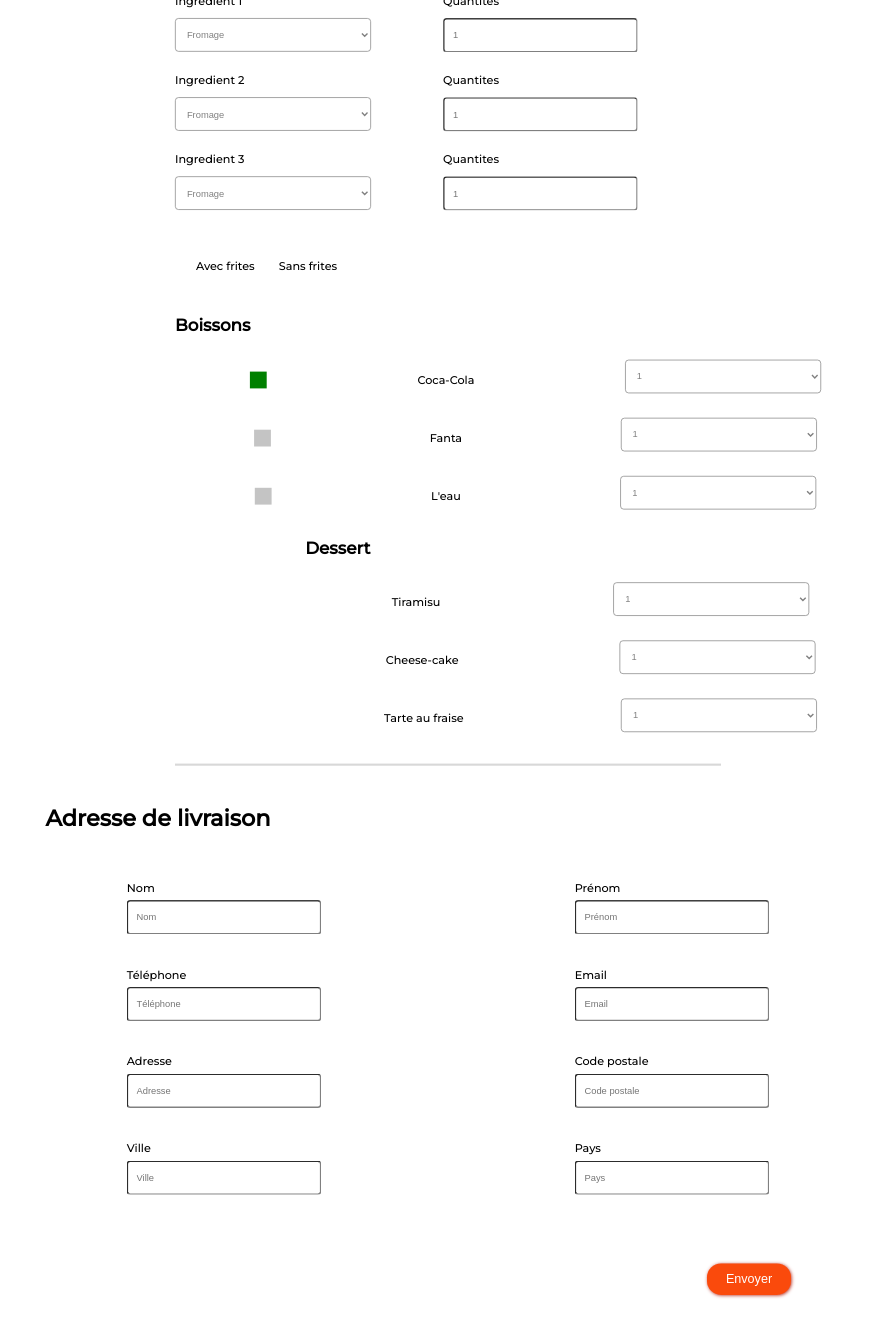
Repository: Ahlam-belhadj/bella-olange
Page: index2.html
The author's editor kept a copy of each file at every save. The page is drawn from the files as they stood at one save, then again after the next save.
The browser window is 1280 px wide. The pictures show the part of the page from y = 1677 to 3597 px (the page is 3597 px tall before and 3514 px after), at 70% of full size.

Above is the page before, as saved 2023-02-15 09:18:45.

### index2.html
<!DOCTYPE html>
<html lang="en">

<head>
    <meta charset="UTF-8">
    <meta http-equiv="X-UA-Compatible" content="IE=edge">
    <meta name="viewport" content="width=device-width, initial-scale=1.0">
    <link rel="stylesheet" href="https://cdnjs.cloudflare.com/ajax/libs/font-awesome/6.2.1/css/all.min.css" />
    <link rel="stylesheet" href="style2.css">
    <title>Bella olanje</title>
</head>

<body>
  <header>

    <nav>
      <ul class="nav-bar">
          <div class="logo"><a href='#'><img src="image/logo_bella_olonje.png" alt="jsp"></a></div>
          <input type="checkbox" id="check" />
          <span class="menu">
              <li><a href="index.html" class="nav-link">Home</a></li>
              <li><a href="#pizza" class="nav-link">Pizzas</a></li>
              <li><a href="#burger" class="nav-link">Burgers</a></li>
              <li><a href="#salades" class="nav-link">Salades</a></li>
              <li><a href="index3.html" class="nav-link">Contact</a></li>
              <label for="check" class="close-menu"><i class="fas fa-times"></i></label>
          </span>
          <label for="check" class="open-menu"><i class="fas fa-bars"></i></label>
      </ul>
  </nav>

    <div class="title">
        <div class="texte">
            <h3>Food app</h3>
            <h1>Chez Bella <br>
                chaque désire s'additionne.</h1>
        </div>
    </div>
</header>




    <main>
      <div class="infos" id="form-infos">
        <form>
          <h1>Vos informations</h1>

          <div class="grp_infos">
            <div class="nom_prenom">
              <div class="label1">
                <label class="label_nom">Nom</label><br>
                <input type="text" placeholder="Nom">
              </div>
              <div class="label1">
                <label class="label_nom">Prénom</label><br>
                <input type="text" placeholder="Prénom">
              </div>
            </div>

            <div class="telephone_email">
              <div class="label1">
                <label class="label_nom">Téléphone</label><br>
                <input type="text" placeholder="Téléphone">
              </div>
              <div class="label1">
                <label class="label_nom">Email</label><br>
                <input type="text" placeholder="Email">
              </div>
            </div>
          </div>
        </form>
      </div>

      <hr>

      <div class="commande">
        <form>
          <h1>Votre commande</h1>
          <h3>Suppléments</h3>
          <div class="grp_suppliment">
            <div class="ingredient_quantite">
              <div class="fromage">
                <label>Ingredient</label><br>
                <select name="ingr" class="suppléments">
                  <option value="fromage">Fromage</option>
                  <option value="fromage">Fromage</option>
                  <option value="fromage">Fromage</option>
                  <option value="fromage">Fromage</option>
                  <option value="fromage">Fromage</option>
                  <option value="fromage">Fromage</option>
                  <option value="fromage">Fromage</option>
                </select>
              </div>
              <div class="box">
                <label>Quantites</label><br>
                <input type="number" min="0" placeholder="1">
              </div>
            </div>

            <div class="ingredient_quantite">
             <div class="fromage">
                <label>Ingredient 1</label><br>
                <select name="ingr" class="suppléments">
                  <option value="fromage">Fromage</option>
                  <option value="fromage">Fromage</option>
                  <option value="fromage">Fromage</option>
                  <option value="fromage">Fromage</option>
                  <option value="fromage">Fromage</option>
                  <option value="fromage">Fromage</option>
                  <option value="fromage">Fromage</option>
                </select>
              </div>
              <div class="box">
                <label>Quantites</label><br>
                <input type="number" min="0" placeholder="1">
              </div>
            </div>

            <div class="ingredient_quantite">
              <div class="fromage">
                <label>Ingredient 2</label><br>
                <select name="ingr" class="suppléments">
                  <option value="fromage">Fromage</option>
                  <option value="fromage">Fromage</option>
                  <option value="fromage">Fromage</option>
                  <option value="fromage">Fromage</option>
                  <option value="fromage">Fromage</option>
                  <option value="fromage">Fromage</option>
                  <option value="fromage">Fromage</option>
                </select>
              </div>
              <div class="box">
                <label>Quantites</label><br>
                <input type="number" min="0" placeholder="1">
              </div>
            </div>

            <div class="ingredient_quantite">
              <div class="fromage">
                <label>Ingredient 3</label><br>
                <select name="ingr" class="suppléments">
                  <option value="fromage">Fromage</option>
                  <option value="fromage">Fromage</option>
                  <option value="fromage">Fromage</option>
                  <option value="fromage">Fromage</option>
                  <option value="fromage">Fromage</option>
                  <option value="fromage">Fromage</option>
                  <option value="fromage">Fromage</option>
                </select>
              </div>
              <div class="box">
                <label>Quantites</label><br>
                <input type="number" min="0" placeholder="1">
              </div>
            </div>
          </div>


          <div class="check2">
            <label class="container">Avec frites
              <input type="radio" checked="checked" name="radio">
              <span class="checkmark"></span>
            </label>
            <label class="container">Sans frites
              <input type="radio" name="radio">
              <span class="checkmark"></span>
            </label>
          </div>


          <div class="all">
            <div class="content_of_boisson">
                <h2>Boissons</h2>
                <div class="boissons">
                    <div class="carre"></div>
                    <label>Coca-Cola</label>
                    <select name="Fromage" class="Fromage" style="margin-top: 10px;">
                      <option value="">1</option>
                      <option value="">2</option>
                      <option value="">3</option>
                      <option value="">4</option>
                    </select>
                </div>
                <div class="boissons">
                    <div class="carre grey"></div>
                    <label>Fanta</label>
                    <select name="Fromage" class="Fromage" style="margin-top: 10px;">
                      <option value="">1</option>
                      <option value="">2</option>
                      <option value="">3</option>
                      <option value="">4</option>
                    </select>
                </div>
                <div class="boissons">
                   <div class="carre grey"></div>
                    <label>L'eau</label>
                    <select name="Fromage" class="Fromage" style="margin-top: 10px;">
                      <option value="">1</option>
                      <option value="">2</option>
                      <option value="">3</option>
                      <option value="">4</option>
                    </select>
                </div>
            </div>

            <div class="content_of_dessert">
                <h2>Dessert</h2>
                <div class="boissons dessert">
                    <!-- <div class="carre"></div> -->
                    <label>Tiramisu</label>
                    <select name="Fromage" class="Fromage" style="margin-top: 10px;">
                        <option value="">1</option>
                        <option value="">2</option>
                        <option value="">3</option>
                        <option value="">4</option>
                    </select>
                </div>
                <div class="boissons dessert">
                    <!-- <div class="carre grey"></div> -->
                    <label>Cheese-cake</label>
                    <select name="Fromage" class="Fromage" style="margin-top: 10px;">
                      <option value="">1</option>
                      <option value="">2</option>
                      <option value="">3</option>
                      <option value="">4</option>
                    </select>
                </div>
                <div class="boissons dessert">
                    <!-- <div class="carre grey"></div> -->
                    <label>Tarte au fraise</label>
                    <select name="Fromage" class="Fromage" style="margin-top: 10px;">
                      <option value="">1</option>
                      <option value="">2</option>
                      <option value="">3</option>
                      <option value="">4</option>
                    </select>
                </div>
            </div>
            </div>
        </form>
      </div>

      <hr>

      <div class="livraison">
        <form>
          <h1>Adresse de livraison</h1>
          <div class="grp_infos">
            <div class="nom_prenom">
              <div class="label1">
                <label class="label_nom">Nom</label><br>
                <input type="text" placeholder="Nom">
              </div>
              <div class="label1">
                <label class="label_nom">Prénom</label><br>
                <input type="text" placeholder="Prénom">
              </div>
            </div>

            <div class="telephone_email">
              <div class="label1">
                <label class="label_nom">Téléphone</label><br>
                <input type="text" placeholder="Téléphone">
              </div>
              <div class="label1">
                <label class="label_nom">Email</label><br>
                <input type="text" placeholder="Email">
              </div>
            </div>
            <div class="nom_prenom">
              <div class="label1">
                <label class="label_nom">Adresse</label><br>
                <input type="text" placeholder="Adresse">
              </div>
              <div class="label1">
                <label class="label_nom">Code postale</label><br>
                <input type="text" placeholder="Code postale">
              </div>
            </div>

            <div class="telephone_email">
              <div class="label1">
                <label class="label_nom">Ville</label><br>
                <input type="text" placeholder="Ville">
              </div>
              <div class="label1">
                <label class="label_nom">Pays</label><br>
                <input type="text" placeholder="Pays">
              </div>
            </div>
          </div>
            <div class="div_button"><button class="button" type="button">Envoyer</button></div>
        </form>

      </div>
    </main>

</body>

</html>

### style2.css
@import url('https://fonts.googleapis.com/css2?family=Montserrat:wght@100;200;500&display=swap');

body {
    font-family: Montserrat, sans-serif;
    margin: auto;
}


.logo img{
  height: 100px;
  width: 150px;
}


.nav-bar {
  display: flex;
  justify-content: space-between;
  align-items: center;
  list-style: none;
  position: relative;
  background-color: #FFF;
  padding: 12px 20px;
}

.menu {
  display: flex;
}

.menu li {
  padding-left: 20px;
  padding-right: 55px;
}

.menu li a {
  display: inline-block;
  text-decoration: none;
  color: #333;
  text-align: center;
  position: relative;
}

.menu li a:hover {
  color: #FA4A0C;
}

.open-menu {
  position: absolute;
  color: #FA4A0C;
  cursor: pointer;
  font-size: 1.5rem;
  display: none;
}

.close-menu {
  position: absolute;
  color: #333;
  cursor: pointer;
  font-size: 1.5rem;
  display: none;
  padding: 10px;
}

.open-menu {
  top: 50%;
  right: 20px;
  transform: translateY(-50%);
}

.close-menu {
  top: 20px;
  right: 20px;
}

#check {
  display: none;
}

@media(max-width: 920px) {
  .menu {
      flex-direction: column;
      align-items: center;
      width: 60%;
      height: 100vh;
      position: fixed;
      top: 0;
      right: -100%;
      z-index: 100;
      background-color: rgb(255, 88, 70);
      transition: all 0.2s ease-in-out;
      padding-top: 100px;
  }

  .menu li {
      margin-top: 40px;
  }

  .menu li a {
      padding: 10px;
      color: #FFF;
  }

  .open-menu {
      display: block;
      padding-right: 25px;
      padding-top: 13px;
  }

  .close-menu {
      display: block;
      color: #FFF;
      padding-right: 25px;
      padding-top: 22px;
  }

  #check:checked~.menu {
      right: 0;
  }

  .menu li a:hover {
      color: #333;
  }

  .nav-link {
      font-family: Montserrat;
      letter-spacing: .8px;
  }
}
.title {
  background-image: url(image/Rectangle\ 48.png);
  height: 619px;
  background-repeat: no-repeat;
  background-position: center;
  background-size: cover;



}

.texte{
    color: white;
    display: flex;
    align-items: center;
    justify-content: center;
    flex-direction: column;
    text-align: center;
    height: 50%;
}




/*infos*/


.ingredient_quantite{
    display: flex;
    flex-direction:row;
    justify-content: flex-start;
    gap: 10%;
    margin-bottom: 10px;
}


.label1 input {
    width: 250px;
    height: 35px;
    margin-bottom: 20px;
    margin-top: 8px;
    padding: 5px 12px;
    color: grey;
    border-radius: 5px;
    border-color: gray;
}


.infos h1 {
    padding: 85px;
}

hr {
    height: 3px;
    background-color:#d8d8d8;
    border: none;
    margin: 25px 250px 25px;
}

.nom_prenom {
    display: flex;
    justify-content: space-around;
    padding-right: 0px;
    padding-bottom: 28px;
}
.telephone_email {
    display: flex;
    justify-content: space-around;
    padding-right: 0px;
    padding-bottom: 28px;
}

/*infos*/

/*livraison*/

.livraison h1 {
    margin-left: 65px;
    padding-top: 30px;
    padding-bottom: 50px;
}
/*livraison*/

/*commande*/
.suppléments {
    width: 280px;
    height: 48px;
    margin-bottom: 20px;
    margin-top: 15px;
    padding: 5px 12px;
    color: grey;
    border-radius: 5px;
    border-color: gray;
    background-color: #FFFFFF;
}


.commande {
    margin-left: 250px;
}

.commande h1 {
    padding-top: 30px;
}

.commande h3 {
    padding-top: 50px;
    padding-bottom: 42px;
}

.box input {
    width: 250px;
    height: 35px;
    margin-bottom: 20px;
    margin-top: 15px;
    padding: 5px 12px;
    color: grey;
    border-radius: 5px;
    border-color: gray;
}

.boissons_dessert {
    display: flex;
    flex-direction: row;
}

/*commande*/


.div_button {
    padding: 50px 150px 70px 0px;
    display: flex;
    justify-content: flex-end;
}

button {
    border: 0;
    line-height: 2.5;
    width: 120px;
    padding: 0 18px;
    font-size: 18px;
    text-align: center;
    color: #fff;
    border-radius: 20px;
    background-color: #FA4A0C;
    box-shadow: 1px 1px 5px #B73227;
}


/*dessert et boissons*/

.avec, .sans {
    display: flex;
    flex-direction: row;
    justify-content: space-around;
    width: 150px;
    height: 40px;
    align-items: center;
}

.sans_f {
    padding-top: 39px;
    padding-left: 50px;
}
.avec_f {
    padding-left: 10px;
}





.boissons{
     display: flex;
    align-items: center;
    justify-content: space-around;
    /* width: 31rem; */
    padding-top: 5px;
}

.carre {
    width: 24px;
    height: 24px;
    background-color: green;
}

.carre.grey {
    background-color: #C4C4C4;
}

.all {
    display: flex;
    flex-direction: column;
    margin: 0;
}

.content_of_dessert {
    margin-left: 186px;
}

.Fromage {
    padding: 7px;
    border-radius: 5px;
    width: 280px;
    height: 48px;
    margin-bottom: 20px;
    margin-top: 8px;
    padding: 5px 12px;
    color: grey;
    border-radius: 5px;
    border-color: gray;
    background-color: #FFFFFF;
}
/*dessert et boissons*/


/*checkbox*/
.check2 {
    padding-top: 40px;
    padding-bottom: 40px;
}
.container {
    padding-left: 30px;
    margin-bottom: 12px;
    cursor: pointer;
    font-size: 16px;


  }

  .container input {
    position: absolute;
    opacity: 0;
    cursor: pointer;
  }

  .checkmark {
    position: absolute;
    top: 0;
    left: 0;
    height: 21px;
    width: 21px;
    background-color: rgba(176, 176, 176, 0.677);
    border-radius: 50%;
}




  .container input:checked  .checkmark {
    background-color: #2e3983;
  }

  .checkmark:after {
    position: absolute;
    display: none;
  }

  .container input:checked ~ .checkmark:after {
    display: block;
  }

  .container .checkmark:after {
       top: 9px;
      left: 9px;
      width: 8px;
      background: white;
  }
/*checkbox*/

@media (max-width:650px) {
  .nom_prenom {
      display: flex;
      flex-direction: column;
      padding-left: 15%;
  }

  .telephone_email {
      display: flex;
      flex-direction: column;
      padding-left: 15%;
  }

  .ingredient_quantite{
    display: flex;
    flex-direction: column;
  }

  .all{
    display: flex;
    flex-direction: column;
  }

  .content_of_dessert{
    margin-left: 0px;
  }

  .Fromage{
    width: 200px;
  }

  .commande {
    margin-left: 60px;
}


h2{
  text-align: center;
}

h1{
  text-align: center;
}

.livraison h1 {
  margin-left: 5px;
}


}

@media screen and (min-width:651px) and (max-width:1199px) {
  .nom_prenom {
    display: flex;
    flex-direction: column;
    padding-left: 15%;
}

.telephone_email {
    display: flex;
    flex-direction: column;
    padding-left: 15%;
}

.ingredient_quantite{
  display: flex;
  flex-direction: column;
}

.all{
  display: flex;
  flex-direction: column;
}

.content_of_dessert{
  margin-left: 0px;
}

.Fromage{

  width: 247px;
text-align: center;
}


h2{
  text-align: center;
}
h1{
  text-align: center;
}

.label1 input {
  width: 550px;

}

.suppléments {
  width: 550px;
}


.box input {
  width: 520px;
}

.commande {
  margin-left: 150px;
}
.content_of_boisson {
  padding-right: 550px;
}

.content_of_dessert {
  padding-right: 550px;
}
}

After the next save:
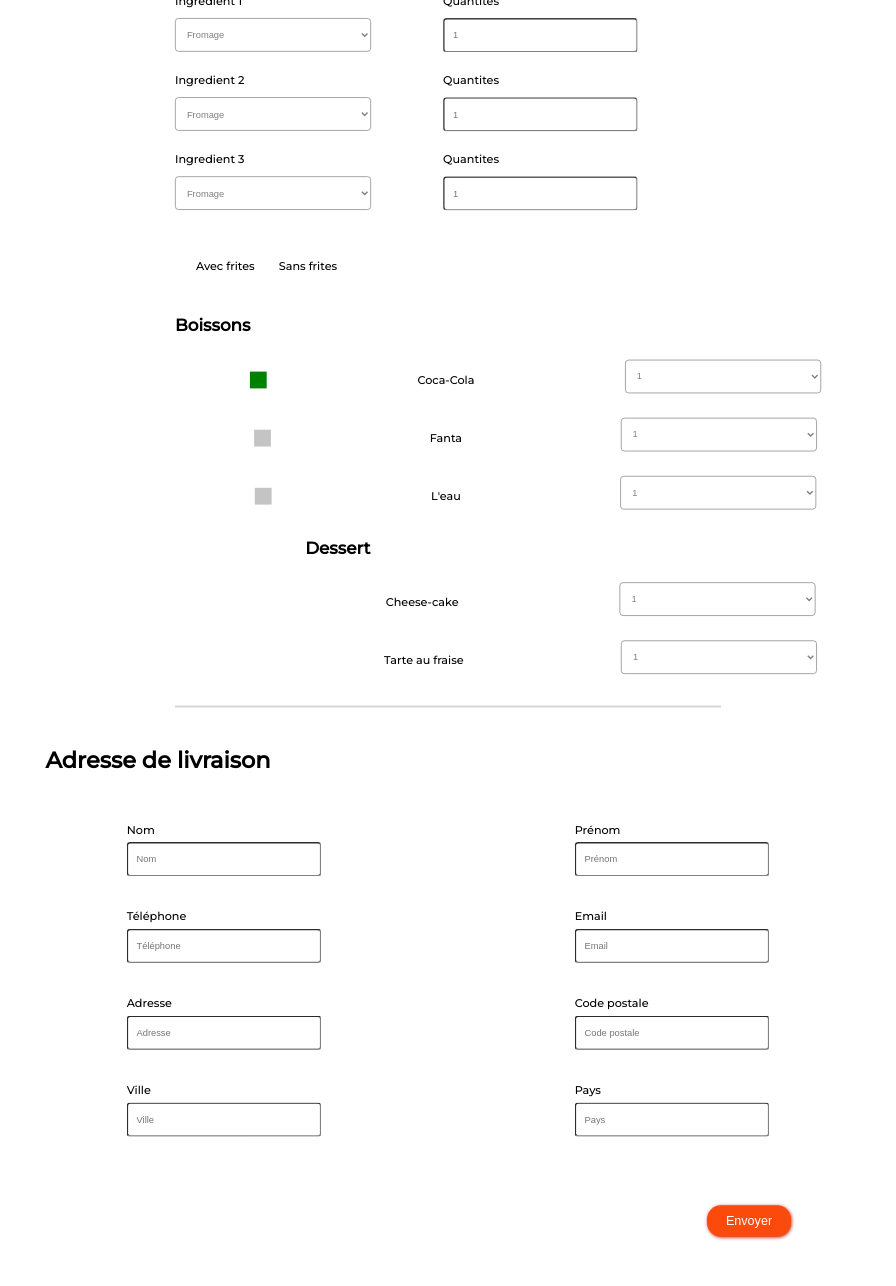
Saved 23 s later.
--- a/index2.html
+++ b/index2.html
@@ -207,7 +207,7 @@
             <div class="content_of_dessert">
                 <h2>Dessert</h2>
                 <div class="boissons dessert">
-                    <!-- <div class="carre"></div> -->
+                    <!-- <div class="carre"></div> -
                     <label>Tiramisu</label>
                     <select name="Fromage" class="Fromage" style="margin-top: 10px;">
                         <option value="">1</option>

After the 2 saves that followed:
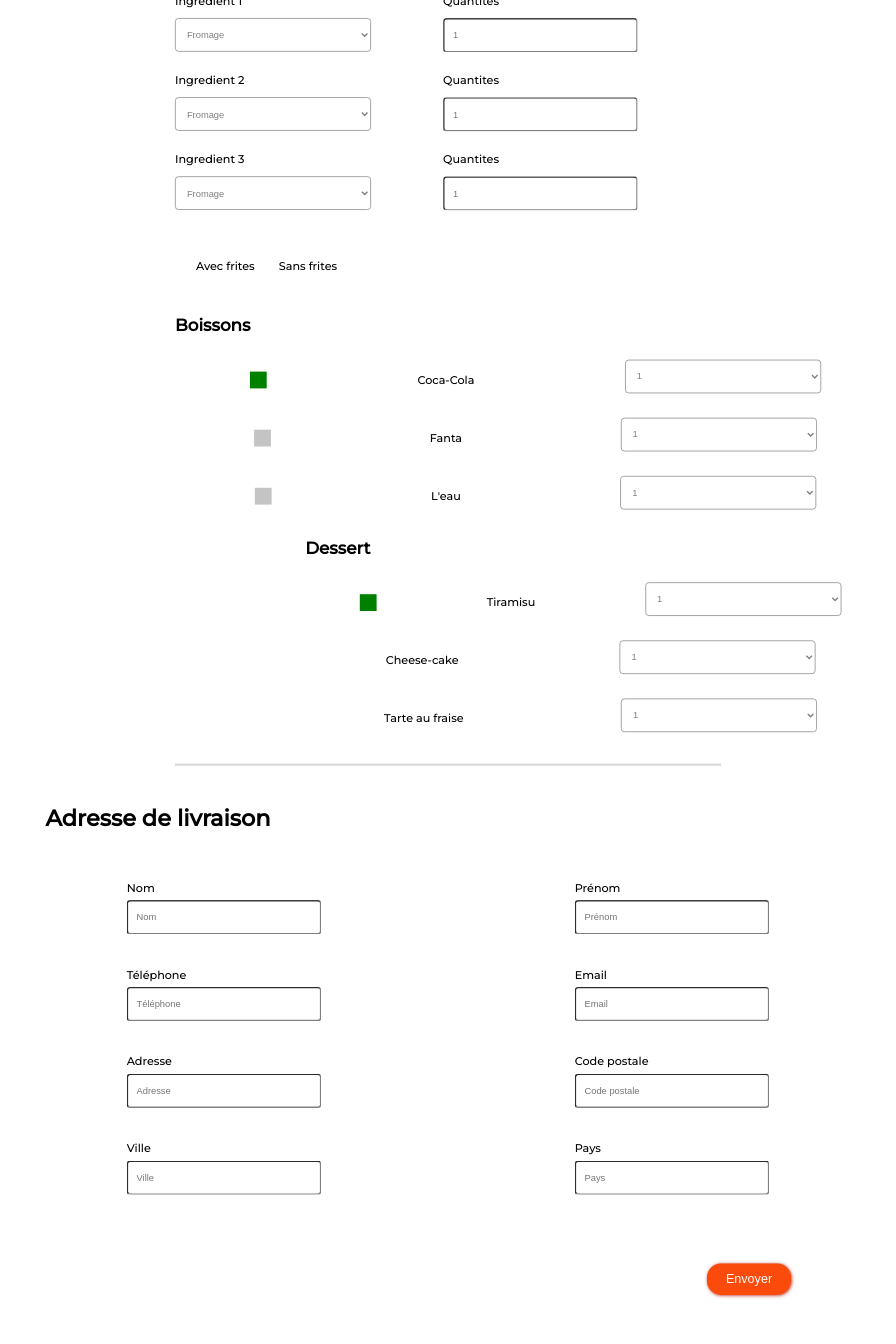
The 2 saves are shown as one change because 1 left the picture as it was.
The last was saved 9 s later.
--- a/index2.html
+++ b/index2.html
@@ -207,7 +207,7 @@
             <div class="content_of_dessert">
                 <h2>Dessert</h2>
                 <div class="boissons dessert">
-                    <!-- <div class="carre"></div> -
+                   <div class="carre"></div>
                     <label>Tiramisu</label>
                     <select name="Fromage" class="Fromage" style="margin-top: 10px;">
                         <option value="">1</option>
